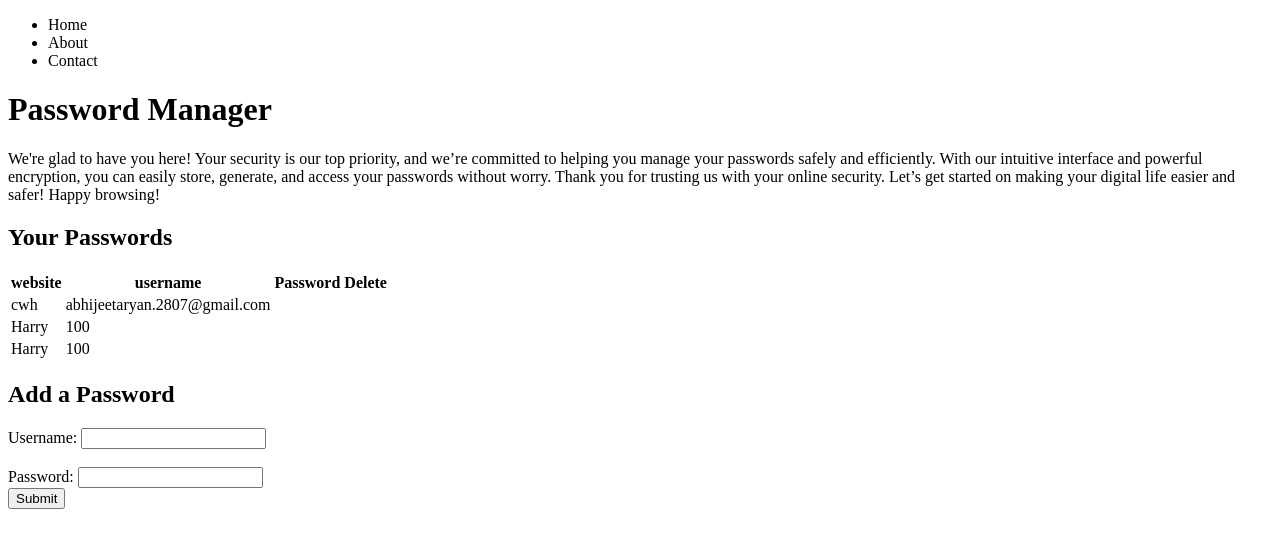
Repository: Abhi2807ar/PASSWORD-MANAGER
Page: index.html
The author's editor kept a copy of each file at every save. The page is drawn from the files as they stood at one save, then again after a run of saves.
The browser window is 1280 px wide. The pictures show the whole page.

Above is the page before, as saved 2024-10-14 14:51:48.

After the next 4 saves:
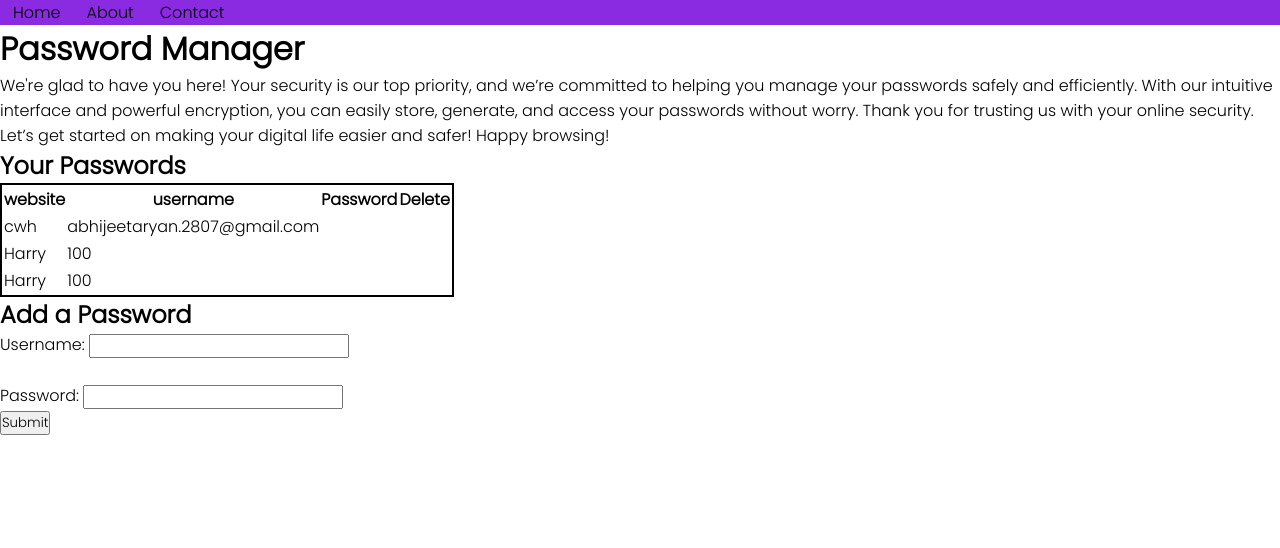
The 4 saves are shown as one change because they came seconds apart.
The last was saved 17 s later.
--- a/index.html
+++ b/index.html
@@ -4,7 +4,7 @@
     <meta charset="UTF-8">
     <meta name="viewport" content="width=device-width, initial-scale=1.0">
     <title>Documentx</title>
-  <link rel="href"
+  <link rel="stylesheet" href="style.css">
 
 </head>
 
